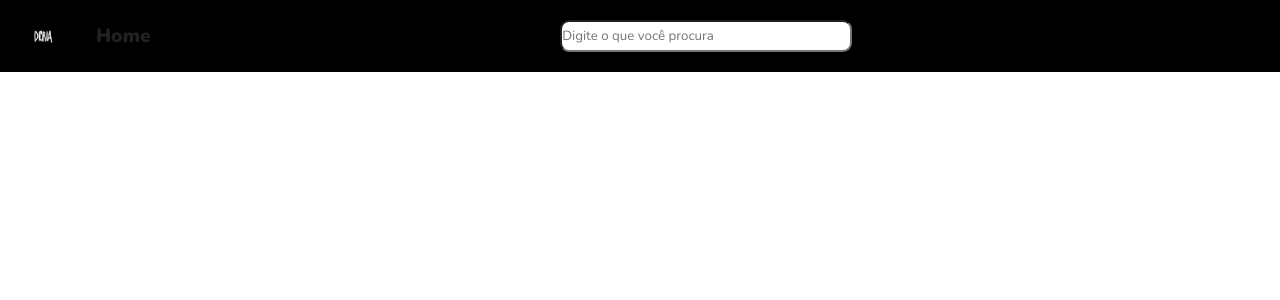
Repository: analessp/dicriastreet
Page: index.html
The author's editor kept a copy of each file at every save. The page is drawn from the files as they stood at one save, then again after a run of saves.
The browser window is 1280 px wide. The pictures show the whole page.

Above is the page before, as saved 2025-04-17 12:18:14.

### index.html
<!DOCTYPE html>
<html lang="pt-BR">

<head>
    <meta charset="UTF-8">
    <meta name="viewport" content="width=device-width, initial-scale=1.0">
    <title>dicriastreet</title>
    <link rel="preconnect" href="https://fonts.googleapis.com">
    <link rel="preconnect" href="https://fonts.gstatic.com" crossorigin>
    <link
        href="https://fonts.googleapis.com/css2?family=Nunito:ital,wght@0,200..1000;1,200..1000&family=Outfit:wght@100..900&display=swap"
        rel="stylesheet">
    <link rel="stylesheet" href="style.css">
</head>

<body>
    <header>
        <nav id="header-nav">
            <img src="/assets/logo.png" alt="Logo dicriastreet" id="header-logo">
            <ul>
                <li>Home</li>
                <li>Sobre a Loja</li>
                <li>Modelos</li>
                <li>Contatos</li>
            </ul>
            <div id="header-search-bar">
                <input type="text" placeholder="Digite o que você procura">
                <button>
                    <img id="search-icon" src="/assets/search.svg" alt="Imagem de uma lupa">
            </div>
    </header>
    <main>

    </main>
    <footer>

    </footer>
</body>

</html>

### style.css
:root {
    --background-color: #000000;
    --font-color: #ffffff;
    --primary-color: #adaaaa;
    --secondary-color: #212121;
}

* {
    margin: 0;
    padding: 0;
    font-family: "Nunito", sans-serif;
}

body {
    height: 100vh;
}

header {
    display: flex;
    align-items: center;
    justify-content: space-between;
    height: 3.5rem;
    background-color: var(--background-color);
    gap: 1.5rem;
    padding: 0.5rem 1.5rem;
}

#header-nav {
    display: flex;
    align-items: center;
    gap: 2rem;
}

#header-logo {
    width: 2.5rem;
    height: fit-content;
    border-radius: 100%;
}


#header-nav ul {
    display: flex;
    color: var(--var-font-color);
    font-size: 1.2rem;
    list-style: none;
    gap: 2.5rem;
}

#header-nav ul li:first-child {
    color: var(--secondary-color);
    font-weight: 900;
}

#header-seach-bar {
    position: relative;
}

#header-search-bar input {
    border-radius: 9px;
    height: 1.8rem;
    width: 18rem;
    padding: 0 1 rem;
}

#header-search-bar button {
    cursor: pointer;
    height: 1.8rem;
    width: 2rem;
    border-radius: 9px;
    background-color: var(--var-font-color);
    padding: 0.2rem 0.5rem;
    border: none;
    position: absolute;
    right: 0.08rem;
    top: 0.1rem;

    &:active {
        transform: scale(0.9);
        background-color: var(--secondary-color);
    }
}

#search-icon {
    width: 0.8rem;
}

After the next 3 saves:
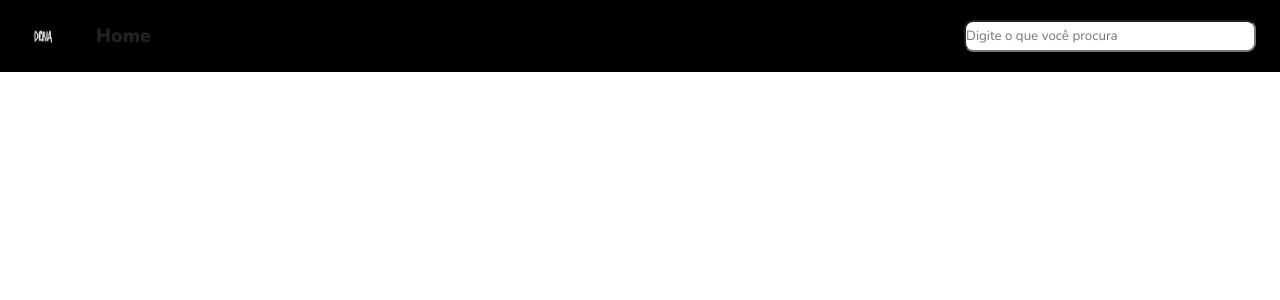
The 3 saves are shown as one change because they came seconds apart.
The last was saved 81 s later.
--- a/index.html
+++ b/index.html
@@ -23,6 +23,7 @@
                 <li>Modelos</li>
                 <li>Contatos</li>
             </ul>
+            </nav>
             <div id="header-search-bar">
                 <input type="text" placeholder="Digite o que você procura">
                 <button>
